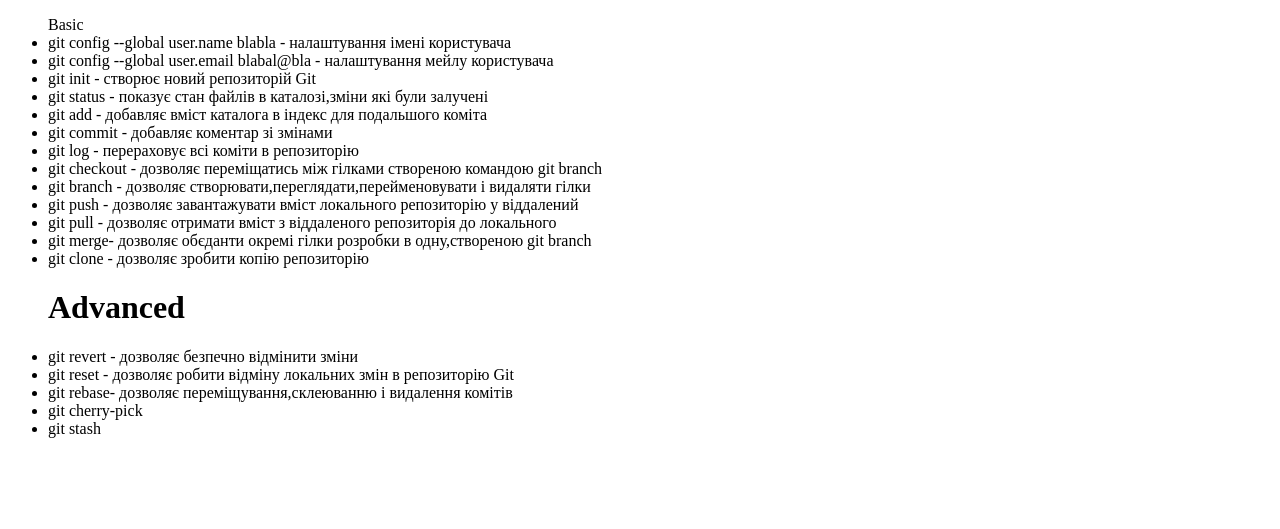
Repository: batonAnton/cursor_homework_anton_batton
Page: index.html
The author's editor kept a copy of each file at every save. The page is drawn from the files as they stood at one save, then again after the next save.
The browser window is 1280 px wide. The pictures show the whole page.

Above is the page before, as saved 2022-05-26 14:09:07.

### index.html
<!DOCTYPE html>
<html lang="en">
<head>
    <meta charset="UTF-8">
    <meta http-equiv="X-UA-Compatible" content="IE=edge">
    <meta name="viewport" content="width=device-width, initial-scale=1.0">
    <link rel="stylesheet" href="style.css">
    <title>Document</title>
</head>
<body>
    <ul>
        Basic
        <li>git config --global user.name blabla - налаштування імені користувача</li>
        <li> git config --global user.email blabal@bla - налаштування мейлу користувача</li>
        <li>git init - створює новий репозиторій Git</li>
        <li> git status - показує стан файлів в каталозі,зміни які були залучені</li>
        <li>git add - добавляє вміст каталога в індекс для подальшого коміта</li>
        <li>git commit - добавляє коментар зі змінами</li>
        <li>git log - перераховує всі коміти в репозиторію</li>
        <li>git checkout - дозволяє переміщатись між гілками створеною командою git branch</li>
        <li>git branch - дозволяє створювати,переглядати,перейменовувати і видаляти гілки</li>
        <li>git push - дозволяє завантажувати вміст локального репозиторію у віддалений</li>
        <li>git pull - дозволяє отримати вміст з віддаленого репозиторія до локального</li>
        <li> git merge- дозволяє обєданти окремі гілки розробки в одну,створеною git branch</li>
        <li> git clone - дозволяє зробити копію репозиторію</li>
    </ul>

    <ul>
       <h1>Advanced</h1>
        <li>git revert - дозволяє безпечно відмінити зміни</li>
        <li>git reset - дозволяє робити відміну локальних змін в репозиторію Git</li>
        <li>git rebase- дозволяє переміщування,склеюванню і видалення  комітів</li>
        <li>git cherry-pick</li>
        <li>git stash</li>
    </ul>

</body>
</html>

Loaded but not shown: style.css (no stored copy; drawn as an empty file)

After the next save:
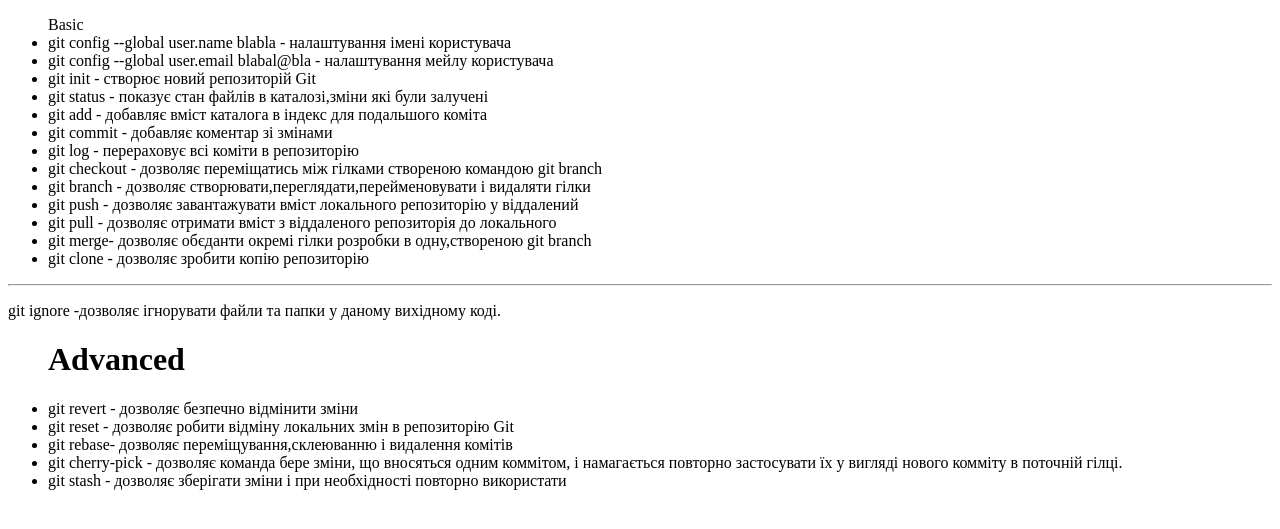
Saved 5 min 53 s later.
--- a/index.html
+++ b/index.html
@@ -24,14 +24,15 @@
         <li> git merge- дозволяє обєданти окремі гілки розробки в одну,створеною git branch</li>
         <li> git clone - дозволяє зробити копію репозиторію</li>
     </ul>
-
+    <hr>
+        <p>git ignore -дозволяє ігнорувати файли та папки  у даному вихідному коді.</p>
     <ul>
        <h1>Advanced</h1>
         <li>git revert - дозволяє безпечно відмінити зміни</li>
         <li>git reset - дозволяє робити відміну локальних змін в репозиторію Git</li>
         <li>git rebase- дозволяє переміщування,склеюванню і видалення  комітів</li>
-        <li>git cherry-pick</li>
-        <li>git stash</li>
+        <li>git cherry-pick  - дозволяє команда бере зміни, що вносяться одним коммітом, і намагається повторно застосувати їх у вигляді нового комміту в поточній гілці.</li>
+        <li>git stash - дозволяє зберігати зміни і при необхідності повторно використати</li>
     </ul>
 
 </body>
